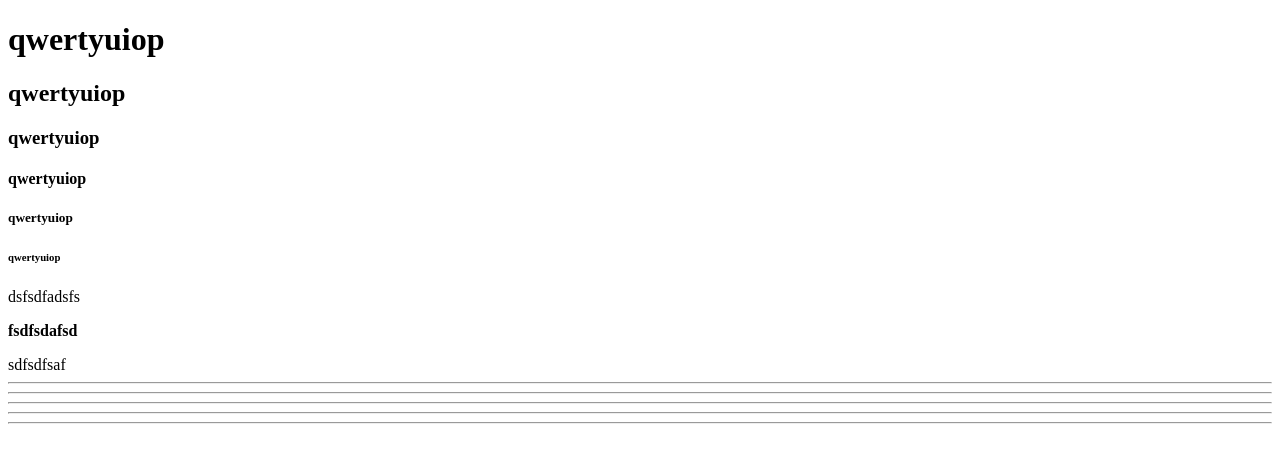
Repository: sannikovcode/exercises-a1
Page: JS/test1/task4/index.html
These files come from the project's save history. The page is drawn as it stood at one moment and after the next save; the edit follows.
The browser window is 1280 px wide. The pictures show the whole page.

Above is the page before, as saved 2025-10-16 14:10:10.

### JS/test1/task4/index.html
<!DOCTYPE html>
<html lang="en">

<head>
    <meta charset="UTF-8">
    <meta name="viewport" content="width=device-width, initial-scale=1.0">
    <title>88</title>
</head>

<body>
    <h1>qwertyuiop</h1>
    <h2>qwertyuiop</h2>
    <h3>qwertyuiop</h3>
    <h4>qwertyuiop</h4>
    <h5>qwertyuiop</h5>
    <h6>qwertyuiop</h6>
    <p> dsfsdfadsfs</p>
    <p><strong>fsdfsdafsd</strong></p>

    <div>sdfsdfsaf</div>
    <hr>
    <hr>
    <hr>
    <hr>
    <hr>





</body>

</html>

After the next save:
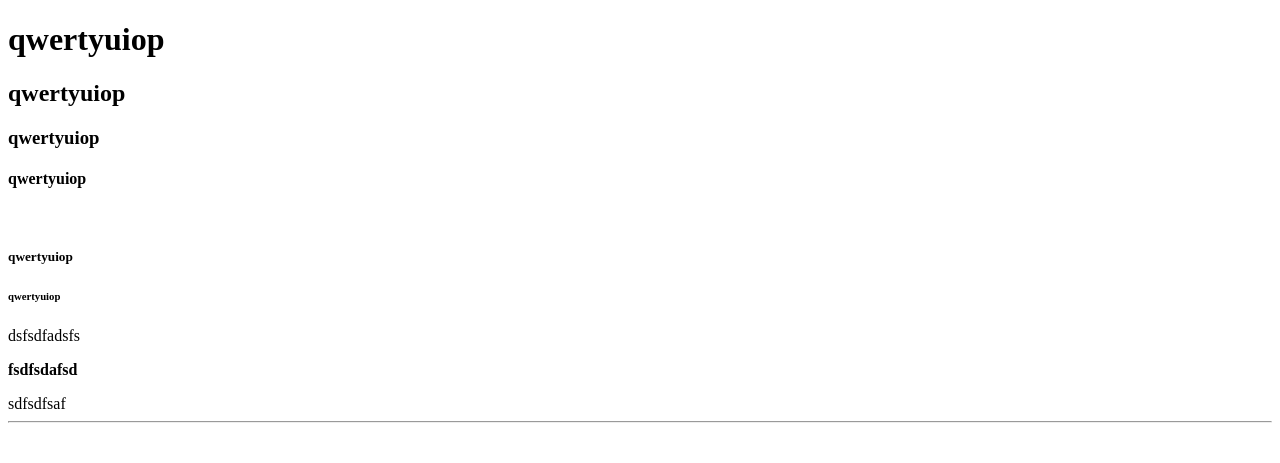
Saved 4 min 29 s later.
--- a/JS/test1/task4/index.html
+++ b/JS/test1/task4/index.html
@@ -12,6 +12,9 @@
     <h2>qwertyuiop</h2>
     <h3>qwertyuiop</h3>
     <h4>qwertyuiop</h4>
+
+    <br>
+
     <h5>qwertyuiop</h5>
     <h6>qwertyuiop</h6>
     <p> dsfsdfadsfs</p>
@@ -19,10 +22,7 @@
 
     <div>sdfsdfsaf</div>
     <hr>
-    <hr>
-    <hr>
-    <hr>
-    <hr>
+
 
 
 
